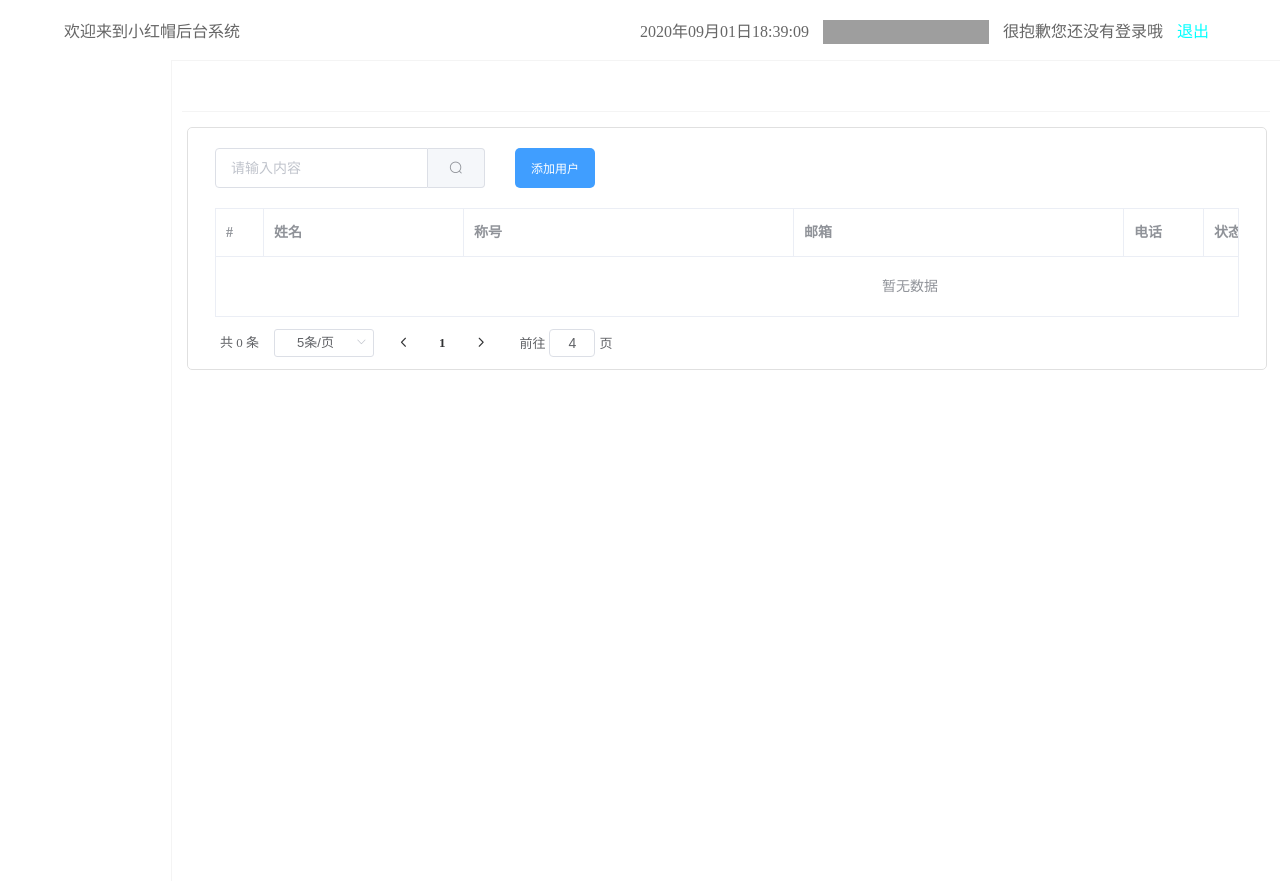
Repository: jinggegeZ/whitesystem
Page: /orders/orders
The author's editor kept a copy of each file at every save. The page is drawn from the files as they stood at one save, then again after the next save.
The browser window is 1280 px wide. The pictures show the whole page.
Pictures or frames that could not be fetched are drawn as grey boxes. The page's requests for data from a server got no answer. The project was rebuilt for these pictures with package versions that can differ from the ones it lists, and the page was loaded fresh each time. No one was signed in, and anything a server would have sent is missing. Also part of the build but not shown: vue.config.js, src/views/Home.vue.

Above is the page before, as saved 2020-09-01 18:38:18.

After the next save:
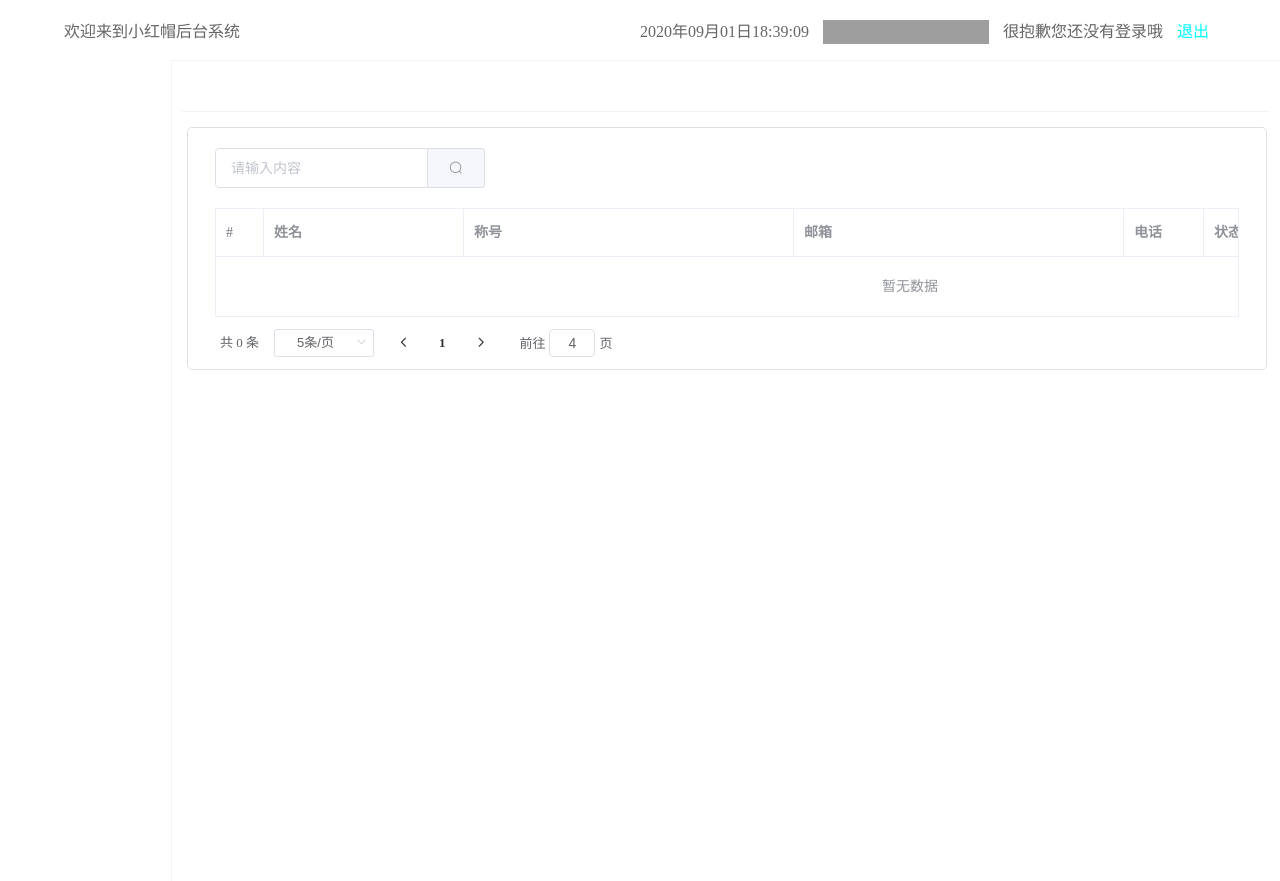
Saved 46 s later.
--- a/src/views/orderList/OrderList.vue
+++ b/src/views/orderList/OrderList.vue
@@ -8,52 +8,6 @@
               <el-button slot="append" icon="el-icon-search"></el-button>
             </el-input>
           </div>
-
-
-
-          <div class="adduser" @click="opendiolog">添加用户</div>
-           <template>
-                  <el-dialog
-                    title="添加用户"
-                    :visible.sync="dialogVisible1"
-                    width="30%"
-                    :before-close="handleClose1"
-                  >
-                    <span>
-                      <el-form
-                        :label-position="labelPosition"
-                        label-width="80px"
-                        :model="formLabelAlign1"
-                        :rules="rules"
-
-                      >
-                        <el-form-item label="用户姓名" prop="name">
-                          <el-input v-model="formLabelAlign1.name"></el-input>
-                        </el-form-item>
-                        <el-form-item label="用户密码" prop="password">
-                          <el-input type="password" v-model="formLabelAlign1.password"></el-input>
-                        </el-form-item>
-                        <el-form-item label="邮箱" prop="email">
-                          <el-input v-model="formLabelAlign1.email"></el-input>
-                        </el-form-item>
-                        <el-form-item label="电话" prop="mobile">
-                          <el-input v-model="formLabelAlign1.mobile"></el-input>
-                        </el-form-item>
-
-                      </el-form>
-                    </span>
-                    <span slot="footer" class="dialog-footer">
-                      <el-button @click="dialogVisible1 = false">取 消</el-button>
-                      <el-button type="primary" @click="addUser">确 定</el-button>
-                    </span>
-                  </el-dialog>
-                </template>
-
-
-
-
-
-
         </div>
       </div>
       <div class="userListbox-nav">
@@ -319,7 +273,20 @@ export default {
       });
     },
 
-
+    //添加用户
+    addUser(){
+
+      this.dialogVisible1 = false
+      this.addUsers({
+        username:this.formLabelAlign1.name,
+        password:this.formLabelAlign1.password,
+        email:this.formLabelAlign1.email,
+        mobile:this.formLabelAlign1.mobile,
+         pagenum: this.pagenum,
+        pagesize: this.pagesize,
+        query: this.query
+      })
+    },
      handleClose1(done) {
       this.$confirm("确认关闭？")
         .then(() => {
